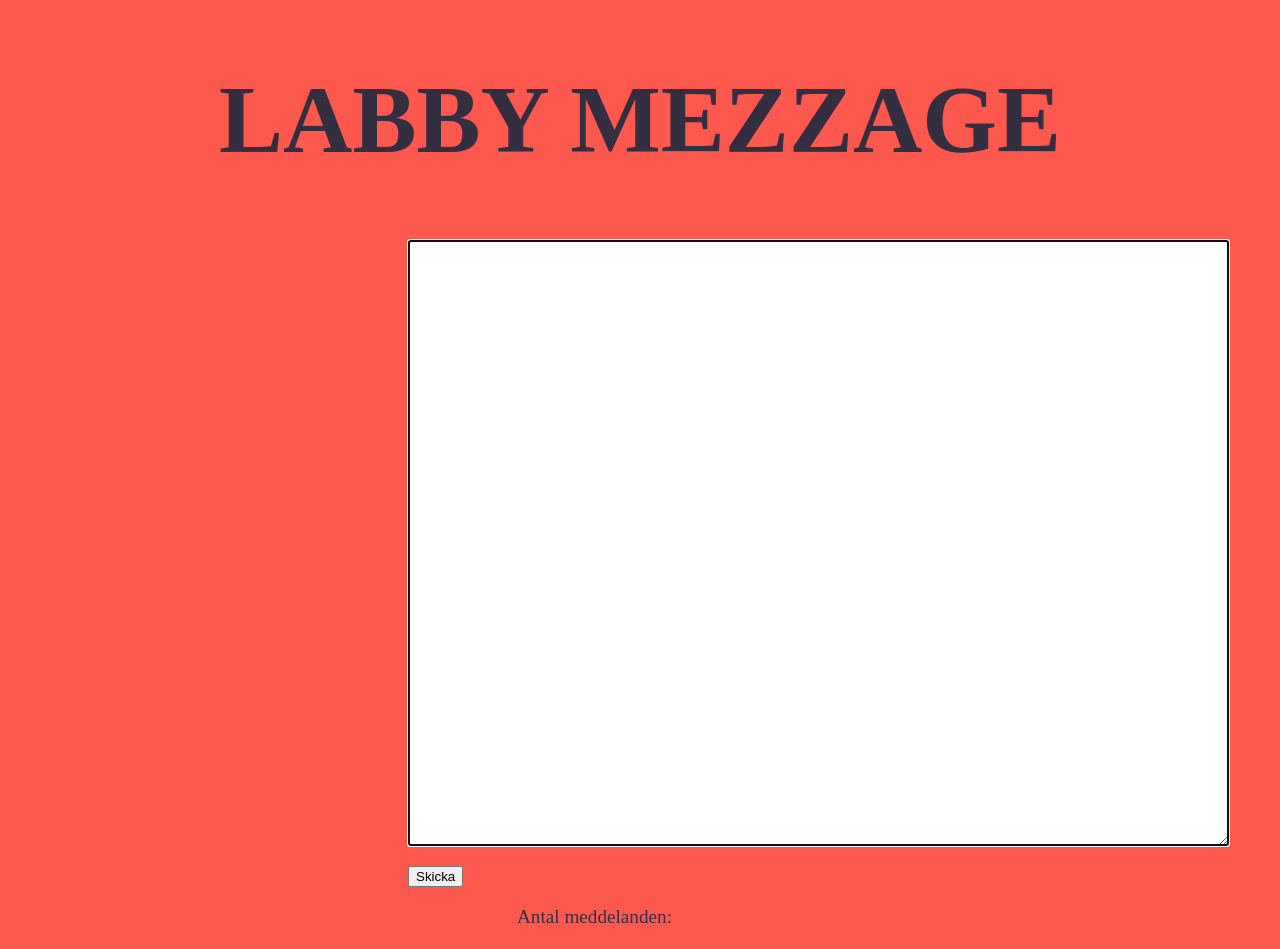
Repository: em222mt/1dv403-laborationer
Page: 2-labbymezzage/Index.html
The author's editor kept a record of every edit. The page is drawn from the files as they stood at one moment, then again after the next edit.
The browser window is 1280 px wide. The pictures show the whole page.

Above is the page before.

### 2-labbymezzage/Index.html
<!DOCTYPE html>
<html lang="sv">
<head>
	<meta charset="UTF-8" />
 	<title>Labby Mezzage</title>
    <link rel="stylesheet" href="css/style.css">
</head>
    <body>
        <header>
            <h1>LABBY MEZZAGE</h1>
        </header>

        <main>
            <div id="container">
                <section id="mainsection">
            		<form action="post" name="form">
                        <textarea id="formtext" cols="50" rows="20"></textarea>
                        <p id="value"></p>
                        <input id="send" type="button" value="Skicka" />
                    </form>
                </section>
            </div>

            <div id="container2">
                <aside id="messagearea">

                </aside>
            </div>
            <div id="countDiv">
                <p id="counttext">Antal meddelanden: <p id="counter"></p></p>
            </div>

        </main>

    	<script src="js/Message.js"></script>
    	<script src="js/MessageBoard.js"></script>

    </body>
</html>

### 2-labbymezzage/css/style.css
/*Layout*/

article, aside, details, figcaption, figure,
footer, header, hgroup, main, menu, nav{

    background-color: #FC584E;
}

/*Container*/

h1 {
    font-weight: bold;
    text-align: center;
    color: #332F40;
    font-size: 6em;
    font-family: Comic Sans, Comic Sans MS, cursive;
    text-decoration: uppercase;
}

body{
    background-color: #FC584E;
}

#messagearea {
    float: left;
    background-color: white;
    width: 450px;
    min-height: 300px auto;

}

form{
    max-width: 50%;
}
#mainsection{
    max-width: 50%;
    margin: 0px 0px 0px 400px;
}
#container{
    float: left;
    width: 50%;
}
#container2{
    float: left;
    width: 50%;
}
#countDiv{
    float: right;
    font-family: Comic Sans, Comic Sans MS, cursive;
    color: #332F40;
    font-size: 1.2em;
    margin-right: 600px;
    overflow: hidden;
    white-space: nowrap;
}

#counttext{
    overflow: hidden;
    white-space: nowrap;
}

#formtext{
    font-size: 2em;
}

.messageContainer{
    width: 98%;
    float: left;
    background-color: #229B72;
    border: 1px solid black;
    margin: 3px 3px 3px 3px;
}

.textContainer{
    width: 80%;
    float: left;
    font-size: 1.2em;
}

.detailsContainer{
    width: 20%;
    float: left;
    text-indent: 8px;
    font-size: 0.8em;
    margin-top: 10px;
}
p.input{
    max-width: 80%;
    word-break: break-all;
}

img{
    margin-right: 5px;
}

### 2-labbymezzage/js/Message.js
'use strict';

function Message(message, date){

    this.getText = function(){
        return message;
    };

    this.setText = function(_text){
        message = _text;
    };

    this.getDate = function(){
        return date;
    };

    this.setDate = function(_date){
        date = _date;
    };
}

Message.prototype.toString = function() {
    return this.getText()+" ("+this.getDate()+")";
};

Message.prototype.getHTMLText = function(){
    return this.getText().replace(/[\n\r]/g, "</br>");
};

Message.prototype.getDateText = function(){
    var now = this.getDate();
    var seconds = now.getSeconds();
    var minutes = now.getMinutes();
    var hours = now.getHours();


    //IF-sats för att lägga till nollor som i C#?

    var formattedTime = hours + ":" + (minutes < 10 ? '0' : '') + minutes + ":" + (seconds < 10 ? '0' : '') + seconds;
        return formattedTime;
};

Message.prototype.getTimeDetails = function(){
    var date = this.getDate();
    var day = date.getDate();
    var month = date.getMonth();
    var year = date.getFullYear();

    return "Postat den " + year + "/" + (month + 1) + "/" + day + " " + this.getDateText();
};

### 2-labbymezzage/js/MessageBoard.js
'use strict';

var MessageBoard = {

    messages: [],

    init: function(){

        var submit = document.getElementById("send");
        submit.onclick = MessageBoard.createMessage;

        var focus = document.getElementById("formtext");
        // Sätter en blinkande markör i textarean
        focus.focus();
        focus.onkeypress = function(e){
		if(!e){ e=window.event; }
		    if(e.keyCode == 13 && !e.shiftKey){
		        e.preventDefault();
		        MessageBoard.createMessage();
		    }
        };
    },
    // Skapa meddelanden
    createMessage: function(){
        var input = document.getElementById("formtext");
        MessageBoard.messages.push( new Message(input.value, new Date()) );
        MessageBoard.renderMessages();
    },

    // Rendera alla meddelanden
    renderMessages: function(){
        //Tar bort alla meddelanden
        document.getElementById("messagearea").innerHTML = "";
        for (var i = 0; i < MessageBoard.messages.length; ++i){
        MessageBoard.renderMessage(i);
        }
        document.form.formtext.value = "";
        document.form.formtext.focus();
    },
    // Skriv ut ett meddelande
    renderMessage: function(messageID){
        var messageContainer = document.createElement("div");
        messageContainer.className = "messageContainer";

        var input = document.createElement("p");
        input.className = "input";
        input.innerHTML = MessageBoard.messages[messageID].getHTMLText();

        var textContainer = document.createElement("div");
        textContainer.className = ("textContainer");

        textContainer.appendChild(input);

        var detailsContainer = document.createElement("div");
        detailsContainer.className = "detailsContainer";

        var time = document.createElement("p");
        time.className = "time";
        time.innerHTML = MessageBoard.messages[messageID].getDateText();

		var imageClock = document.createElement("a");
		imageClock.setAttribute("href", "#");
		imageClock.innerHTML = '<img src="pics/clock.png" title="Se när meddelandet skapades." alt="Clock" width="24px" height="24px" />';

		var imageRemove = document.createElement("a");
		imageRemove.setAttribute("href", "#");
		imageRemove.innerHTML = '<img src="pics/delete.png" title="Ta bort det här meddelandet." alt="Delete" width="24px" height="24px" />';

		detailsContainer.appendChild(imageClock);
		detailsContainer.appendChild(imageRemove);
		detailsContainer.appendChild(time);

		input.appendChild(links);

		var container = document.getElementById("messagearea");
		container.appendChild(input);

		MessageBoard.countMessages();

		imageRemove.onclick = function(){
		    if (window.confirm("Vill du ta bort detta meddelande?")){
		    MessageBoard.removeMessage(messageID);
		    }
		};

		imageClock.onclick = function(){
		  MessageBoard.getTimestamp(messageID);
		};
    },

    removeMessage: function(messageID){
        MessageBoard.messages.splice(messageID, 1);

        MessageBoard.countMessages();

        MessageBoard.renderMessages();
    },

    getTimestamp: function(messageID){
        alert(MessageBoard.messages[messageID].getTimeDetails());
    },

    // Sätter räknare för antalet meddelanden
    countMessages: function(){
        var counter = document.getElementById("counter");
        counter.innerHTML = MessageBoard.messages.length;
    }

};

window.onload = MessageBoard.init;

After the next edit:
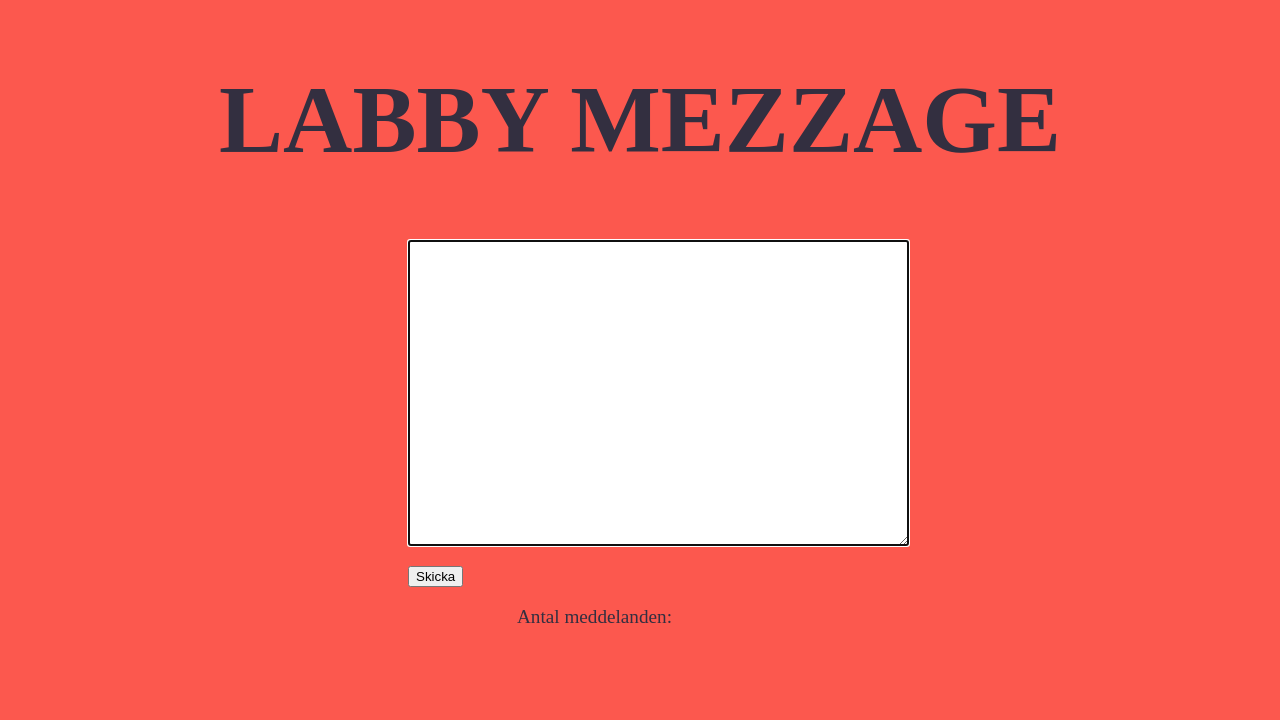
The edit:
--- a/2-labbymezzage/Index.html
+++ b/2-labbymezzage/Index.html
@@ -14,7 +14,7 @@
             <div id="container">
                 <section id="mainsection">
             		<form action="post" name="form">
-                        <textarea id="formtext" cols="50" rows="20"></textarea>
+                        <textarea id="formtext" cols="30" rows="10"></textarea>
                         <p id="value"></p>
                         <input id="send" type="button" value="Skicka" />
                     </form>
